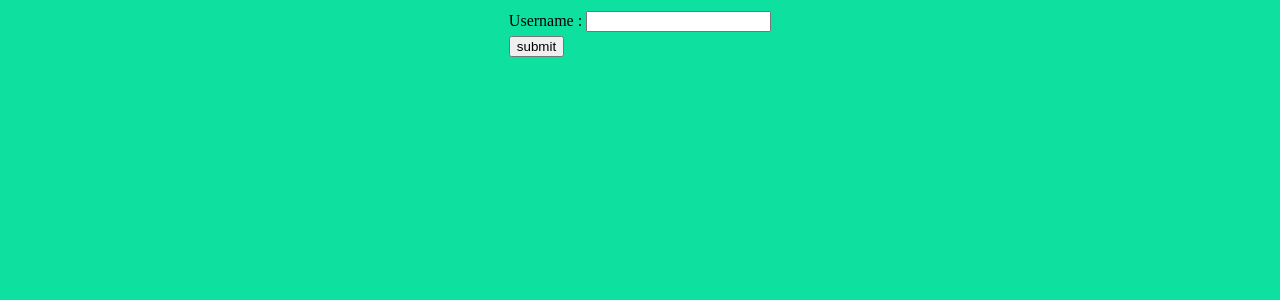
Repository: akale1992/Learning-HIBERNATE-SERVLETS
Page: servletconfig/WebContent/index.html
An editor plug-in stored every save of this project. The page is shown before and after the next save, followed by the edit.
The browser window is 1280 px wide. The pictures show the whole page.

Above is the page before, as saved 2015-09-07 04:45:38.

### servletconfig/WebContent/index.html
<!DOCTYPE html>
<html>
<head>
<meta charset="ISO-8859-1">
<title></title>
</head>
<body bgcolor="megenta">
	<form action="do" method="post">
		<table align="center">
			<tr>
				<td>  Username : <input type="text" name="un"></td>
			</tr>
			<tr>
				<td><input type="submit" value="submit"></td>
			</tr>
		</table>
	</form>
</body>
</html>

After the next save:
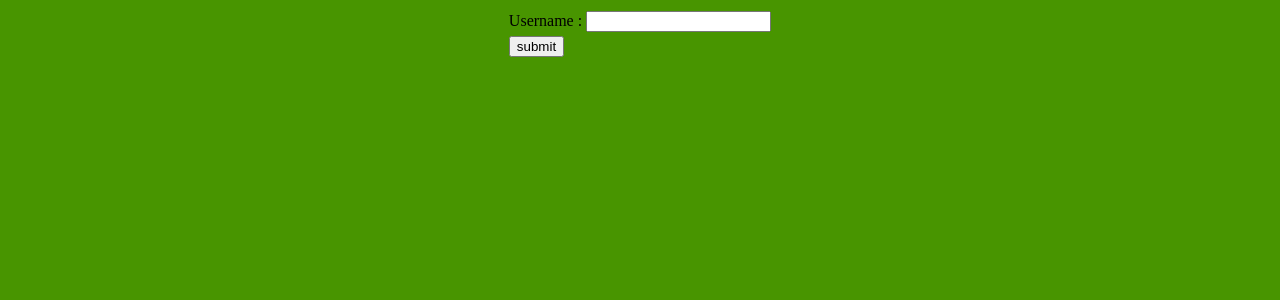
Saved 42 s later.
--- a/servletconfig/WebContent/index.html
+++ b/servletconfig/WebContent/index.html
@@ -4,7 +4,7 @@
 <meta charset="ISO-8859-1">
 <title></title>
 </head>
-<body bgcolor="megenta">
+<body bgcolor="#4895">
 	<form action="do" method="post">
 		<table align="center">
 			<tr>
